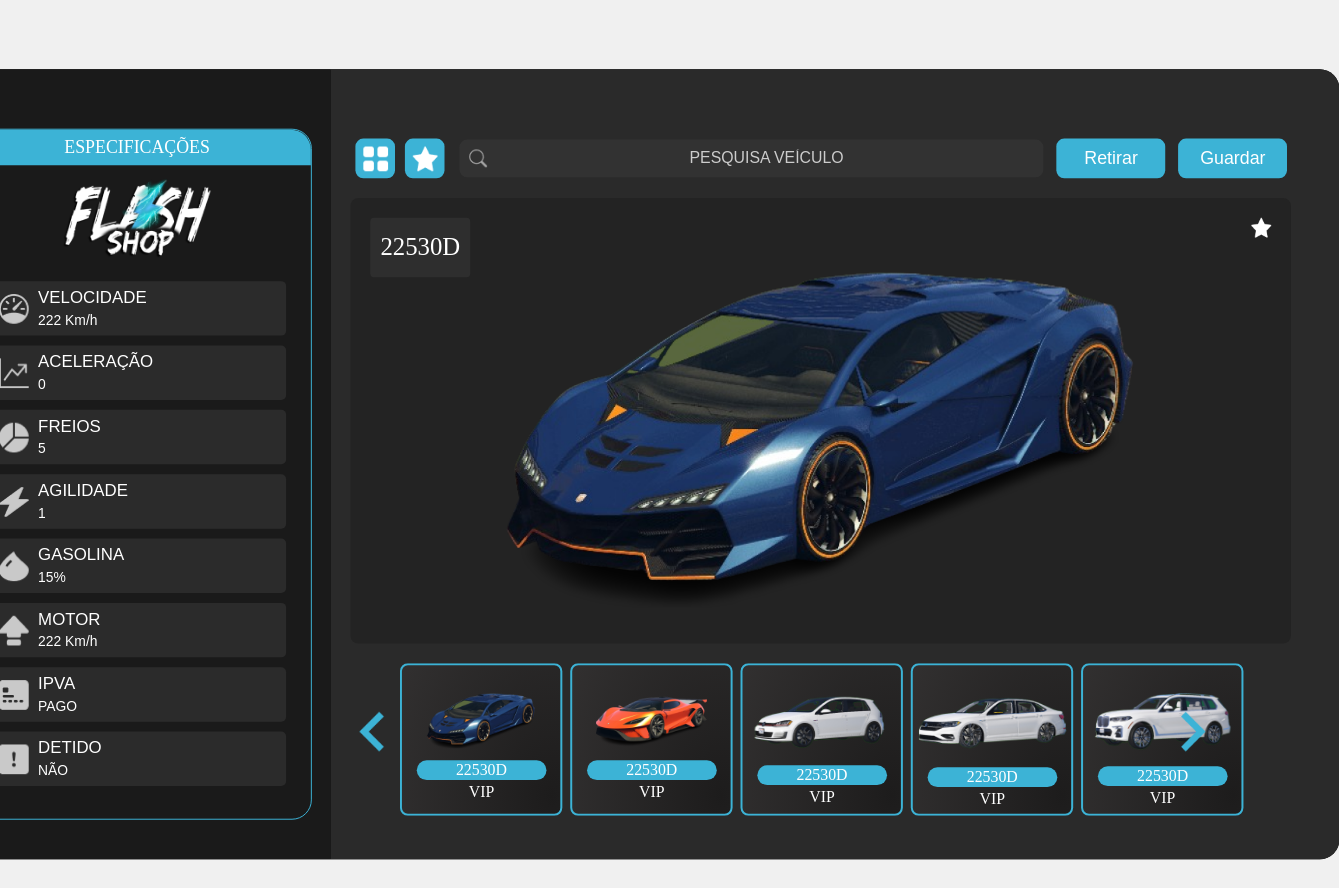
Repository: DuMCorrea/Garagem
Page: index.html
These files come from the project's save history. The page is drawn as it stood at one moment and after the next save; the edit follows.
The browser window is 1280 px wide. The page is 1353 px wide, so the pictures cover 1353 px, including what lies to the right of the window. The pictures show the whole page, at 99% of full size.
Some web fonts or font styles are not loaded; a fallback is used.

Above is the page before, as saved 2024-08-22 20:12:43.

### index.html
<!DOCTYPE html>
<html lang="pt-BR">
<head>
    <meta charset="UTF-8">
    <meta name="viewport" content="width=device-width, initial-scale=1.0">
    <link href="https://fonts.googleapis.com/css2?family=Baloo+Bhai&display=swap" rel="stylesheet">
    <title>Div Principal</title>
    <link rel="stylesheet" href="styles.css">
</head>
<body>
    <div class="div-principal">
        <div class="div-esquerda">
            <div class="retangulo-informacoes-3 duplicadoo">
                <img src="assets/FlashStore 2.png" alt="Imagem Mecânico" class="imagem-mecanico">
                <div class="titulo-retangulo">ESPECIFICAÇÕES</div>
                <div class="saldo-conteudo">
                    <div class="saldo-item">
                        <img src="assets/Velo.png" alt="Imagem de Carteira" class="saldo-imagem">
                        <div class="saldo-texto">
                            <p class="saldo-titulo">VELOCIDADE</p>
                            <p class="saldo-valor">222 Km/h</p>
                        </div>
                    </div>
                    <div class="saldo-item">
                        <img src="assets/Ace.png" alt="Imagem de Carteira" class="saldo-imagem">
                        <div class="saldo-texto">
                            <p class="saldo-titulo">ACELERAÇÃO</p>
                            <p class="saldo-valor">0</p>
                        </div>
                    </div>
                    <div class="saldo-item">
                        <img src="assets/Freios.png" alt="Imagem de Carteira" class="saldo-imagem">
                        <div class="saldo-texto">
                            <p class="saldo-titulo">FREIOS</p>
                            <p class="saldo-valor">5</p>
                        </div>
                    </div>
                    <div class="saldo-item">
                        <img src="assets/Agi.png" alt="Imagem de Carteira" class="saldo-imagem">
                        <div class="saldo-texto">
                            <p class="saldo-titulo">AGILIDADE</p>
                            <p class="saldo-valor">1</p>
                        </div>
                    </div>
                    <div class="saldo-item">
                        <img src="assets/Gaso.png" alt="Imagem de Carteira" class="saldo-imagem">
                        <div class="saldo-texto">
                            <p class="saldo-titulo">GASOLINA</p>
                            <p class="saldo-valor">15%</p>
                        </div>
                    </div>
                    <div class="saldo-item">
                        <img src="assets/Motor.png" alt="Imagem de Carteira" class="saldo-imagem">
                        <div class="saldo-texto">
                            <p class="saldo-titulo">MOTOR</p>
                            <p class="saldo-valor">222 Km/h</p>
                        </div>
                    </div>
                    <div class="saldo-item">
                        <img src="assets/Ipva.png" alt="Imagem de Carteira" class="saldo-imagem">
                        <div class="saldo-texto">
                            <p class="saldo-titulo">IPVA</p>
                            <p class="saldo-valor">PAGO</p>
                        </div>
                    </div>
                    <div class="saldo-item">
                        <img src="assets/Detido.png" alt="Imagem de Carteira" class="saldo-imagem">
                        <div class="saldo-texto">
                            <p class="saldo-titulo">DETIDO</p>
                            <p class="saldo-valor">NÃO</p>
                        </div>
                    </div>

                </div>
            </div>
        </div>


        <div class="div-direita">
            <div class="retangulo-fundo">
                <!-- Adicionando os quadrados e o input de pesquisa ao fundo -->
                <div class="container-quadrados">
                    <button class="botao-quadrado-azul">
                        <img src="assets/4Quadrados.png" alt="Ícone 1" class="pequena-imagem">
                    </button>
                    <button class="botao-quadrado-azul">
                        <img src="assets/estrela.png" alt="Ícone 2" class="pequena-imagem">
                    </button>
                    <div class="input-container">
                        <input type="text" class="input-pesquisa" placeholder="PESQUISA VEÍCULO">
                        <button class="botao-icone-pesquisa">
                            <img src="assets/lupa (2).png" alt="Ícone Pesquisa" class="icone-pesquisa">
                        </button>
                        <!-- Novos retângulos ao lado do input -->
                        <button class="botao-retangulo-azul">Retirar</button>
                        <button class="botao-retangulo-azul">Guardar</button>
                    </div>
                </div>

                <div class="codigo-overlay">22530D</div>
                <img src="assets/CarroMaior.png" alt="Imagem Central" class="imagem-central">
                <img src="assets/Estrela.png" alt="Ícone Superior Direito" class="imagem-direita">
            </div>

            <img src="assets/menorMaior.png" alt="Imagem Esquerda" class="imagem-lateral imagem-lateral-esquerda">

            <!-- Nova seção para os cards com fundo retangular azul claro -->
            <div class="fundo-cards">
                <div class="cards-container">
                    <div class="card">
                        <img src="assets/carro1.png" alt="Card 1" class="card-image">
                        <div class="card-content">
                            <div class="card-code">22530D</div>
                            <div class="card-vip">VIP</div>
                        </div>
                    </div>
                    <div class="card">
                        <img src="assets/carro2.png" alt="Card 2" class="card-image">
                        <div class="card-content">
                            <div class="card-code">22530D</div>
                            <div class="card-vip">VIP</div>
                        </div>
                    </div>
                    <div class="card">
                        <img src="assets/carro3.png" alt="Card 3" class="card-image2">
                        <div class="card-content">
                            <div class="card-code">22530D</div>
                            <div class="card-vip">VIP</div>
                        </div>
                    </div>
                    <div class="card">
                        <img src="assets/carro4.png" alt="Card 4" class="card-image3">
                        <div class="card-content">
                            <div class="card-code">22530D</div>
                            <div class="card-vip">VIP</div>
                        </div>
                    </div>
                    <div class="card">
                        <img src="assets/carro5.png" alt="Card 5" class="card-image4">
                        <div class="card-content">
                            <div class="card-code">22530D</div>
                            <div class="card-vip">VIP</div>
                        </div>
                    </div>
                    <img src="assets/maiorMenor.png" alt="Imagem Direita" class="imagem-lateral imagem-lateral-direita">
                </div>
            </div>
        </div>







    </div>
</body>
</html>

### styles.css
body {
    display: flex;
    flex-direction: column;
    align-items: center;
    margin: 0;
    background-color: #f0f0f0;
    font-family: 'Baloo Bhai';
    overflow-y: auto;
    margin-top: 70px;
}

.div-principal {
    position: relative;
    display: flex;
    width: 1425px;
    height: 798px;
    border-radius: 20px;
    background-color: #010101;
    margin-bottom: 20px;
}

.div-esquerda {
    width: 27%; /* Ocupa 30% da largura da div-principal */
    background-color: #1A1A1A; /* Cor de fundo diferente para destaque */
    border-radius: 20px 0px 0px 20px; /* Canto arredondado na esquerda */
    padding: 20px;
}

.div-direita {
    width: 72%; /* Ocupa 70% da largura da div-principal */
    background-color: #2A2A2A; /* Cor de fundo diferente para destaque */
    border-radius: 0px 20px 20px 0px; /* Canto arredondado na direita */
    padding: 20px;
}

.retangulo-informacoes-3 {
    width: 320px;
    height: 232px;
    position: absolute;
    top: 580px;
    left: 462px;
    border-radius: 20px;
    border: 1px solid #3CB3D6;
    background-color: rgba(0, 0, 0, 0); /* Ajuste da opacidade de fundo */
    opacity: 1; /* Visibilidade ativada */
}
.duplicadoo {
    width: 350px;
    height: 696px;
    position: absolute;
    top: 60px;
    left: 35px;
    border-radius: 20px;
    border: 1px solid #3CB3D6;
    background-color: rgba(0, 0, 0, 0); /* Ajuste da opacidade de fundo */
    opacity: 1; /* Visibilidade ativada */
}

.titulo-retangulo {
    width: 100%; /* Ajusta a largura ao do retângulo */
    height: 36px;
    background: #3CB3D6; /* Cor de fundo */
    border-radius: 20px 20px 0 0; /* Arredonda apenas os cantos superiores */
    color: white; /* Cor do texto */
    font-size: 18px; /* Tamanho do texto */
    line-height: 36px; /* Centraliza verticalmente o texto */
    text-align: center; /* Centraliza horizontalmente o texto */
    position: absolute;
    top: 0; /* Alinha o título ao topo do retângulo */
    left: 0; /* Alinha o título à esquerda do retângulo */
}

.status-rectangle {
    width: 300px;
    height: 35px;
    position: absolute;
    top: 130px;
    left: 16px;
    display: flex;
    align-items: center;
    justify-content: space-between; /* Ajuste para espaçar os textos */
    padding: 0 10px; /* Adicione um pequeno padding para afastar o texto das bordas */
    border-radius: 5px;
    opacity: 1; /* Tornar o retângulo visível */
    background: #37373796;
  }
  .status-text {
    font-size: 14px;
    color: #fff;
    font-family: 'Baloo Bhai', sans-serif;
  }

  .imagem-mecanico {
    display: block;
    margin: 0 auto; /* Centraliza a imagem horizontalmente */
    width: 50%; /* Ajuste a largura da imagem conforme necessário */
    height: 25%; /* Ajuste a altura da imagem conforme necessário */
    position: absolute;
    top: 0px; /* Ajuste a posição vertical da imagem */
    left: 50%;
    transform: translateX(-50%); /* Centraliza a imagem em relação ao retângulo */
}








.saldo-imagem {
    width: 30px;
    height: 30px;
    margin-right: 10px; /* Espaçamento entre a imagem e o texto */
}
.saldo-conteudo {
    display: flex;
    flex-direction: column;
    align-items: center;
    justify-content: center;
    height: 100%;
    padding: 10px;
    gap: 10px; /* Espaçamento entre os retângulos */
    margin-top: 50px;
}

.saldo-item {
    display: flex;
    align-items: center;
    width: 280px;
    height: 35px;
    border-radius: 5px;
    background: #37373796;
    padding: 10px;
}

.saldo-texto {
    display: flex;
    flex-direction: column;
    gap: 2px; /* Espaçamento reduzido entre o título e o valor */
    font-family: 'Baloo Bhai', sans-serif;


}

.saldo-titulo {
    font-family: 'Baloo Bhai', sans-serif;
    font-size: 17px;
    font-weight: 400;
    line-height: 20px; /* Ajuste na altura da linha para deixar os textos mais próximos */
    text-align: left;
    color: white;
    margin: 0;
}
.saldo-valor {
    font-family: 'Baloo Bhai', sans-serif;
    font-size: 14px;
    font-weight: 400;
    line-height: 20px; /* Ajuste na altura da linha para deixar os textos mais próximos */
    text-align: left;
    color: white;
    margin: 0;
}



/* DIV DA DIREITA */

/* Estilo para o contêiner dos quadrados e do input de pesquisa */
.container-quadrados {
    position: absolute;
    top: -60px; /* Ajuste para posicionar os quadrados acima do fundo */
    left: 5px; /* Ajuste para mover os quadrados mais para a esquerda */
    display: flex;
    gap: 10px; /* Espaçamento entre os quadrados e o input */
}

.botao-quadrado-azul {
    width: 40px; /* Tamanho do quadrado */
    height: 40px; /* Tamanho do quadrado */
    background-color: #3CB3D6; /* Cor de fundo azul claro */
    display: flex;
    justify-content: center;
    align-items: center;
    border: none; /* Remove a borda padrão */
    border-radius: 8px; /* Bordas arredondadas */
    cursor: pointer; /* Indica que o elemento é clicável */
    padding: 0; /* Remove o padding padrão do botão */
    margin: 0; /* Remove a margem padrão do botão */
}

.pequena-imagem {
    width: 25px; /* Tamanho da imagem */
    height: 25px;
}

/* Estilo para o contêiner do input e ícone */
.input-container {
    position: relative; /* Define o contexto para o ícone */
    margin-left: 5px; /* Espaçamento entre os quadrados e o input */
}

/* Estilo para o input de pesquisa */
.input-pesquisa {
    padding: 10px 10px 10px 40px; /* Espaçamento interno, espaço adicional à esquerda para o ícone */
    width: 540px; /* Largura do input */
    background: rgba(62, 62, 62, 0.42); /* Cor de fundo com opacidade */
    border: none; /* Remove a borda padrão */
    border-radius: 8px; /* Bordas arredondadas */
    color: #fff; /* Cor do texto */
    font-size: 16px; /* Tamanho da fonte */
    text-align: center; /* Centraliza o texto do placeholder */
}

.input-pesquisa::placeholder {
    color: #ccc; /* Cor do placeholder */
}

/* Estilo para o botão da lupa */
.botao-icone-pesquisa {
    position: absolute; /* Alinha o botão com o input */
    left: 10px; /* Alinha o ícone à esquerda dentro do input */
    top: 50%; /* Alinha verticalmente o ícone no centro */
    transform: translateY(-50%); /* Corrige o alinhamento vertical */
    width: 18px; /* Tamanho do botão */
    height: 18px; /* Tamanho do botão */
    background: transparent; /* Remove o fundo do botão */
    border: none; /* Remove a borda padrão do botão */
    cursor: pointer; /* Indica que o botão é clicável */
    padding: 0; /* Remove o padding padrão do botão */
    display: flex; /* Centraliza o ícone dentro do botão */
    justify-content: center;
    align-items: center;
}
/* Estilo para o ícone dentro do botão */
.botao-icone-pesquisa img {
    width: 18px; /* Tamanho do ícone */
    height: 18px; /* Tamanho do ícone */
}

/* Outros estilos existentes */
.retangulo-fundo {
    width: 950px;
    height: 450px;
    background: rgba(29, 28, 28, 0.48); /* Cor com opacidade */
    border-radius: 8px;
    display: flex;
    justify-content: center;
    align-items: center;
    margin-top: 110px;
    position: relative; /* Define a posição relativa para o fundo */
}

.imagem-central {
    width: 650px;
    height: 378.6px;
}

.codigo-overlay {
    position: absolute;
    top: 20px; /* Ajusta a posição para o canto superior */
    left: 20px; /* Ajusta a posição para o canto esquerdo */
    padding: 5px 10px;
    background: rgba(62, 62, 62, 0.42); /* Cor com opacidade */
    border-radius: 4px;
    color: #fff;
    font-size: 25px;
    line-height: 50px;
}

.imagem-direita {
    position: absolute;
    top: 20px; /* Posição no canto superior */
    right: 20px; /* Posição no canto direito */
    width: 20px; /* Ajuste o tamanho conforme necessário */
    height: 20px; /* Ajuste o tamanho conforme necessário */
}

.botao-quadrado-azul img {
    width: 25px; /* Tamanho da imagem */
    height: 25px;
}
/* Estilo para os botões dos retângulos */
.botao-retangulo-azul {
    width: 110px; /* Largura dos retângulos */
    height: 40px; /* Altura dos retângulos */
    background-color: #3CB3D6; /* Cor de fundo azul claro */
    display: flex;
    justify-content: center;
    align-items: center;
    border: none; /* Remove a borda padrão */
    border-radius: 8px; /* Bordas arredondadas */
    color: #fff; /* Cor do texto */
    font-size: 18px; /* Tamanho da fonte */
    cursor: pointer; /* Indica que o elemento é clicável */
    margin-left: 12px; /* Espaçamento entre o input e os retângulos */
    padding: 0; /* Remove o padding padrão do botão */
}

/* Estilo para o contêiner do input e ícone, ajustando o espaço para os retângulos */
/* Ajusta o contêiner do input e ícone para incluir os botões */
.input-container {
    position: relative; /* Define o contexto para o ícone e botões */
    margin-left: 5px; /* Espaçamento entre os quadrados e o input */
    display: flex; /* Organiza os itens horizontalmente */
    align-items: center; /* Alinha verticalmente os itens */
    gap: 1px; /* Espaçamento entre os itens */
}




/* Estilo para o código do card com fundo retangular azul */
.card-code {
    font-size: 16px; /* Tamanho da fonte ajustado */
    margin-bottom: 3px; /* Espaçamento abaixo do código */
    margin-top: 7px;
    background: #3CB3D6; /* Cor de fundo azul */
    color: #fff; /* Cor do texto branca para contraste */
    padding: 1px 40px; /* Espaçamento interno */
    border-radius: 10px; /* Bordas arredondadas */
    display: inline-block; /* Garante que o fundo azul se ajuste ao texto */
}

/* Estilo para a nova seção de cards */
.cards-container {
    display: flex; /* Organiza os cards horizontalmente */
    justify-content: flex-start; /* Alinha os cards no início da linha */
    flex-wrap: nowrap; /* Não permite quebra de linha, todos os cards na mesma linha */
    gap: 8px; /* Espaçamento entre os cards */
    margin-top: 20px; /* Espaçamento acima dos cards */
    margin-left: 50px; /* Espaçamento à esquerda da div para mover os cards mais para a direita */
    overflow-x: auto; /* Permite rolagem horizontal se os cards não cabem na tela */
}

/* Estilo para cada card */
.card {
    width: 160px; /* Largura aumentada do card */
    height: 150px; /* Altura aumentada do card */
    background: radial-gradient(547.21% 823.76% at 94.51% 88.04%, #1D1C1C 0%, #837E7E 100%); /* Cor de fundo do card */
    border: 2px solid #3CB3D6; /* Borda do card */
    border-radius: 8px; /* Bordas arredondadas */
    display: flex; /* Organiza o conteúdo verticalmente */
    flex-direction: column; /* Organiza os itens na vertical */
    align-items: center; /* Alinha o conteúdo horizontalmente no centro */
    justify-content: center; /* Alinha o conteúdo verticalmente no centro */
    overflow: hidden; /* Esconde qualquer parte do conteúdo que exceda os limites do card */
}

/* Estilo para a imagem do card */
.card-image {
    width: 70%; /* Largura da imagem */
    height: 40%; /* Altura da imagem reduzida */
    object-fit: cover; /* Cobre o espaço do card mantendo a proporção da imagem */
    margin-top: 15px;
}
.card-image2 {
    width: 120%; /* Largura da imagem */
    height: 80%; /* Altura da imagem reduzida */
    object-fit: cover; /* Cobre o espaço do card mantendo a proporção da imagem */
    margin-bottom: -20px;
    margin-top: -14px;
}
.card-image3 {
    width: 110%; /* Largura da imagem */
    height: 80%; /* Altura da imagem reduzida */
    object-fit: cover; /* Cobre o espaço do card mantendo a proporção da imagem */
    margin-bottom: -18px;
    margin-top: -12px;
}
.card-image4 {
    width: 100%; /* Largura da imagem */
    height: 70%; /* Altura da imagem reduzida */
    object-fit: cover; /* Cobre o espaço do card mantendo a proporção da imagem */
    margin-top: 0px;
    margin-bottom: -17px;
}

/* Estilo para o conteúdo do card */
.card-content {
    width: 100%; /* Largura do conteúdo */
    text-align: center; /* Centraliza o texto */
    color: #fff; /* Cor do texto */
    padding: 5px 0; /* Espaçamento interno */
}

/* Estilo para o código do card */
.card-code {
    font-size: 16px; /* Tamanho da fonte ajustado */
    margin-bottom: 3px; /* Espaçamento abaixo do código */
}

.imagem-lateral {
    position: absolute;
    top: 50%;
    transform: translateY(-50%);
    width: 25px; /* Ajuste o tamanho conforme necessário */
    height: auto;
}

.imagem-lateral-esquerda {
    left: 0; /* Posiciona a imagem à esquerda dos cards */
    margin-left: 435px; /* Ajusta a distância da imagem em relação ao contêiner */
    margin-top: 270px;
}

.imagem-lateral-direita {
    right: 0; /* Posiciona a imagem à direita dos cards */
    margin-right: 135px; /* Ajusta a distância da imagem em relação ao contêiner */
    margin-top: 270px;
}

After the next save:
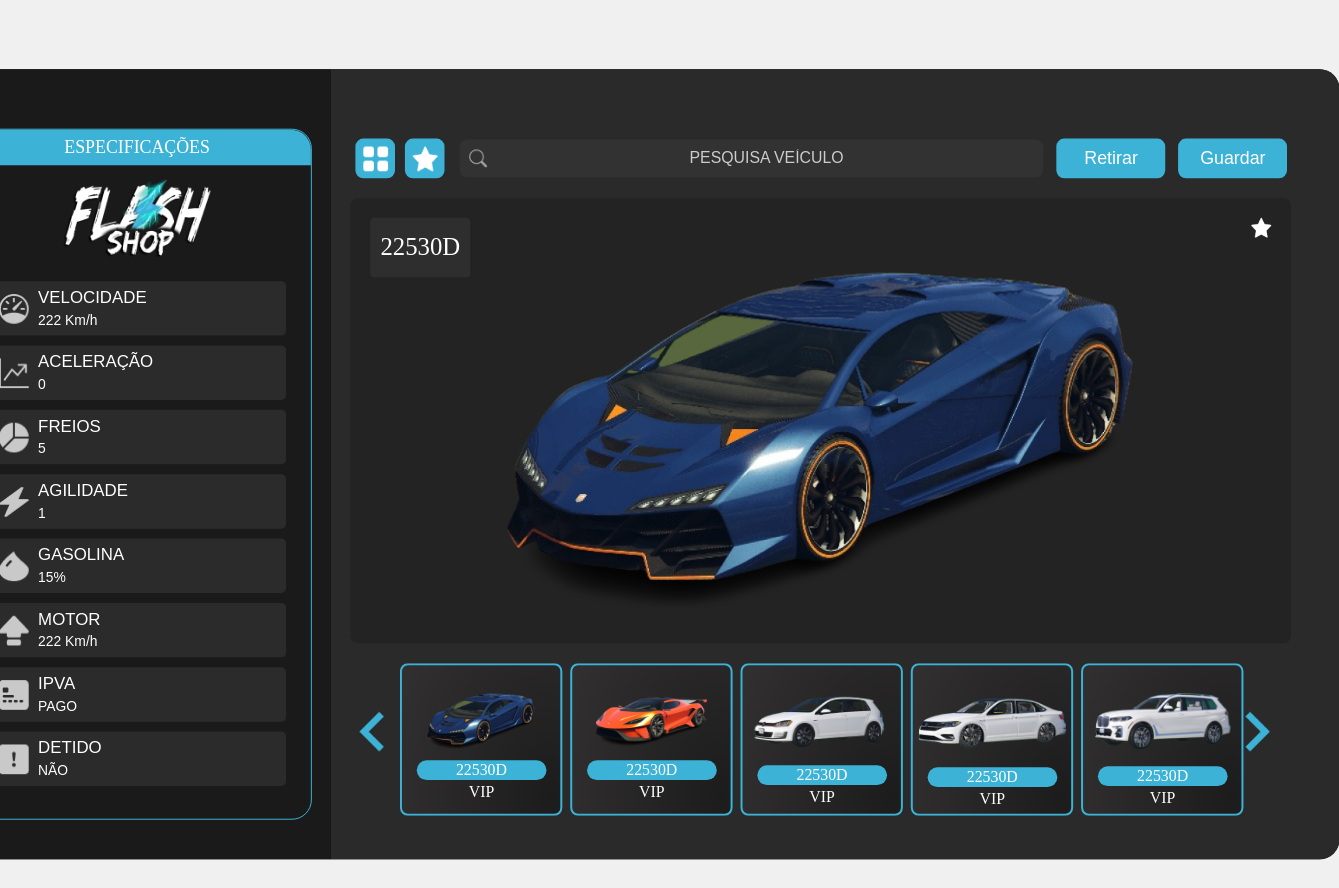
Saved 4 s later.
--- a/styles.css
+++ b/styles.css
@@ -406,6 +406,6 @@
 
 .imagem-lateral-direita {
     right: 0; /* Posiciona a imagem à direita dos cards */
-    margin-right: 135px; /* Ajusta a distância da imagem em relação ao contêiner */
+    margin-right:70px; /* Ajusta a distância da imagem em relação ao contêiner */
     margin-top: 270px;
 }
